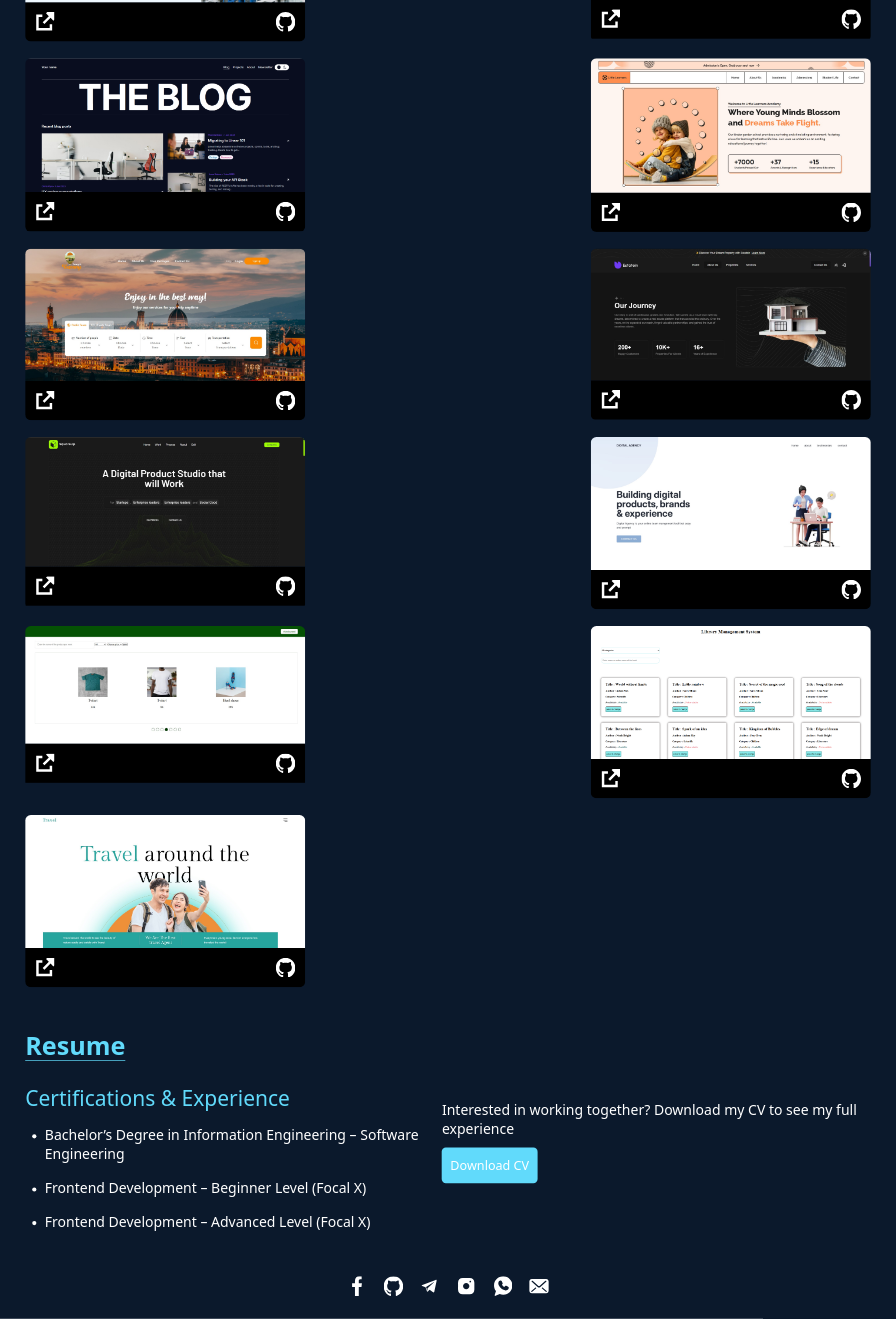
Repository: RawanBarakat-hub/portfolio
Page: /
The author's editor kept a copy of each file at every save. The page is drawn from the files as they stood at one save, then again after a run of saves.
The browser window is 1280 px wide. The pictures show the part of the page from y = 1935 to 3855 px (the page is 3819 px tall before and 3855 px after), at 70% of full size.
The project was rebuilt for these pictures with package versions that can differ from the ones it lists, and the page was loaded fresh each time. Also part of the build but not shown: vite.config.ts.

Above is the page before, as saved 2026-02-22 23:29:53.

After the next 8 saves:
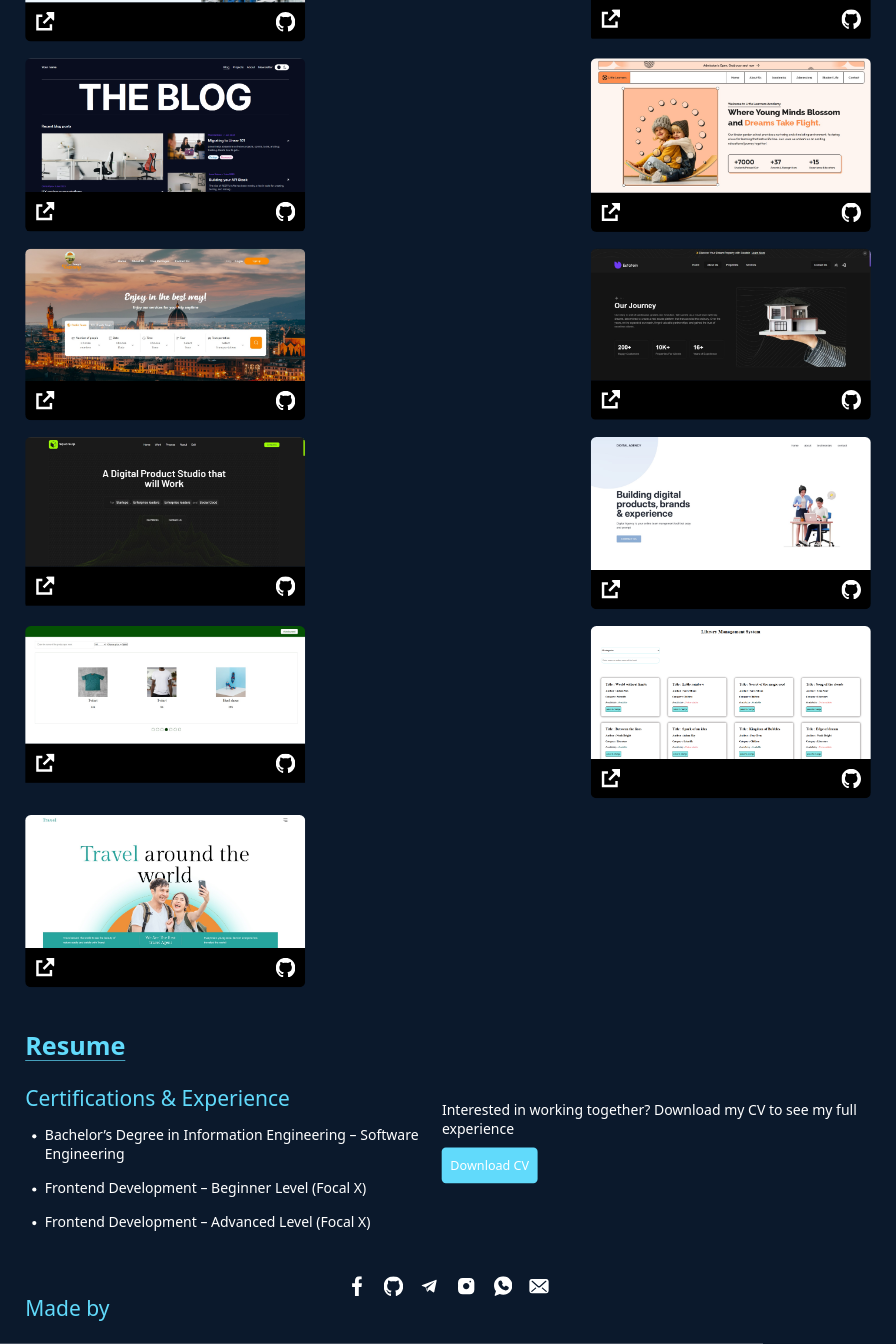
The 8 saves are shown as one change because 3 did not build or start and some came seconds apart.
The last was saved 4 min 11 s later.
--- a/src/components/Footer.tsx
+++ b/src/components/Footer.tsx
@@ -1,6 +1,7 @@
 import { social_media } from "../data/data"
 import Container from "./Container"
 import Icon from "./Icon"
+import WelcomeText from "./WelcomeText"
 
 const Footer = () => {
     return (
@@ -12,7 +13,7 @@ const Footer = () => {
                     })
                 }
             </Container>
-            <p></p>
+            <p><WelcomeText text="Made by"/> </p>
         </footer>
     )
 }
